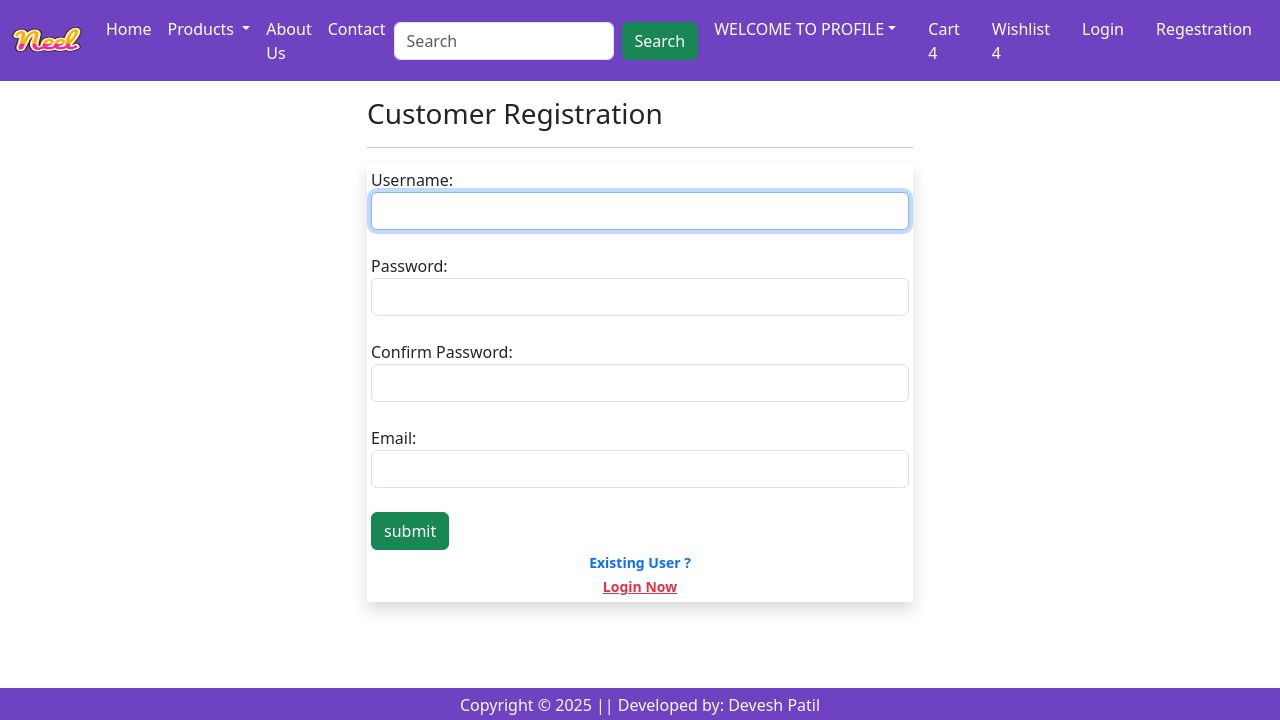
Repository: DeveshPatill/mydjango
Page: http://localhost/registration/
The author's editor kept a copy of each file at every save. The page is drawn from the files as they stood at one save, then again after the next save.
The browser window is 1280 px wide. The pictures show the whole page.
The page is served by the project's application, run on Django 5.2 (ec/manage.py). Other server files are loaded and not shown.

Above is the page before, as saved 2025-03-23 23:22:53.

### ec/app/templates/app/customerregistration.html
{% extends 'app/base.html' %}
{% load static %}
{% block title %}Customer Registration{% endblock title %}



{% block main-content %}
<div class="container">
    <div class="row my-3">
        <div class="col-sm-6 offset-sm-3">
            <h3>Customer Registration</h3>
            <hr>
            <form action="" method="post" novalidate class="shadow p-1">{% csrf_token %}
               {% for fm in form %}
               {{fm.label_tag}} {{fm}} <small class="text-danger">{{fm.erros | striptags}}</small>
               <br>
               {% endfor %}
               <input type="submit" value="submit" class="btn btn-success"><br>
               <div class="text-center text-primary fw-bold">
                <small>Existing User ? <br><a href="#" class="text-danger">Login Now</a></small>

               </div>
            </form>
        </div>
    </div>
</div>

{% endblock main-content %}

### ec/app/templates/app/base.html
<!DOCTYPE html>
{% load static %}
<html lang="en">
<head>
    <meta charset="UTF-8">
    <meta http-equiv="X-UA-Compatible" content="IE=edge">
    <meta name="viewport" content="width=device-width, initial-scale=1.0">

    <link href="https://cdn.jsdelivr.net/npm/bootstrap@5.3.3/dist/css/bootstrap.min.css" rel="stylesheet" integrity="sha384-QWTKZyjpPEjISv5WaRU9OFeRpok6YctnYmDr5pNlyT2bRjXh0JMhjY6hW+ALEwIH" crossorigin="anonymous">

    <link rel="stylesheet" href="{% static 'app/css/owl.carousel.min.css' %}" />
    <link rel="stylesheet" href="{% static 'app/css/all.min.css' %}" />
    <link rel="stylesheet" href="{% static 'app/css/style.css' %}" />

    <title> Dairy Products | {% block title %} {% endblock title %} </title>
</head>
<body>
    <nav class="navbar navbar-expand-lg navbar-dark" style="background-color: #6f42c1;">
        <div class="container-fluid">
          <a class="navbar-brand" href="/">
            <img src="{% static 'app/images/product/Neel.png' %}" width="70px" height="55px" />
          </a>
          <button class="navbar-toggler" type="button" data-bs-toggle="collapse" data-bs-target="#navbarSupportedContent" aria-controls="navbarSupportedContent" aria-expanded="false" aria-label="Toggle navigation">
            <span class="navbar-toggler-icon"></span>
          </button>
          <div class="collapse navbar-collapse" id="navbarSupportedContent">
            <ul class="navbar-nav me-auto mb-2 mb-lg-0">
              <li class="nav-item">
                <a class="nav-link active" aria-current="page" href="/">Home</a>
              </li>
              <li class="nav-item dropdown">
                <a class="nav-link dropdown-toggle text-white" href="#" role="button" data-bs-toggle="dropdown" aria-expanded="false">
                  Products
                </a>
                <ul class="dropdown-menu">
                  <li><a class="dropdown-item" href="{% url 'category' 'ML' %}">Milk</a></li>
                  <li><a class="dropdown-item" href="{% url 'category' 'CR' %}">Curd</a></li>
                  <li><a class="dropdown-item" href="{% url 'category' 'MS' %}">MilkShake</a></li>
                  <li><a class="dropdown-item" href="{% url 'category' 'LS' %}">Lassi</a></li>
                  <li><a class="dropdown-item" href="{% url 'category' 'GH' %}">Ghee</a></li>
                  <li><a class="dropdown-item" href="{% url 'category' 'PN' %}">Paneer</a></li>
                  <li><a class="dropdown-item" href="{% url 'category' 'CZ' %}">Cheese</a></li>
                  <li><a class="dropdown-item" href="{% url 'category' 'IC' %}">Ice-Cream</a></li>

                </ul>
              </li>
              <li class="nav-item">
                <a class="nav-link text-white" href="{% url 'about'  %}">About Us</a>
              </li>
              <li class="nav-item">
                <a class="nav-link text-white" href="{% url 'contact'  %}">Contact</a>
              </li>

            </ul>
            <form class="d-flex" role="search">
              <input class="form-control me-2" type="search" placeholder="Search" aria-label="Search">
              <button class="btn btn-success" type="submit">Search</button>
            </form>
          </div>
          <ul class="navbar-nav me-auto mb-2 mb-lg-0">
            <li class="nav-item dropdown mx-2">
                <a class="nav-link dropdown-toggle text-white" href="#" id="profileDropdown" role="button" data-bs-toggle="dropdown" aria-expanded="false">WELCOME TO PROFILE</a>
                <ul class="dropdown-menu" aria-labelledby="profileDropdown">
                    <li><a class="dropdown-item" href="#">Profile</a></li>
                    <li><a class="dropdown-item" href="#">Orders</a></li>
                    <li><a class="dropdown-item" href="#">Change Password</a></li>
                    <li><a class="dropdown-item" href="#">Logout</a></li>
                </ul>
            </li>
            <li class="nav-item mx-2">
                <a href="#" class="nav-link text-white">Cart 4</a>
            </li>
            <li class="nav-item mx-2">
                <a href="#" class="nav-link text-white">Wishlist 4</a>
            </li>
            <li class="nav-item mx-2">
                <a href="#" class="nav-link text-white">Login</a>
            </li>
            <li class="nav-item mx-2">
                <a href="{% url 'customerregistration' %}" class="nav-link text-white">Regestration</a>
            </li>

          </ul>
        </div>
      </nav>
      {% block banner-slider %}{% endblock banner-slider %}

      {% block information %}{% endblock information %}

      {% block main-content %}{% endblock main-content %}

    <footer class="text-center text-light py-3 fixed-bottom" style="background-color: #6f42c1; height: 5px; line-height: 2px;">
        Copyright © 2025 || Developed by: Devesh Patil
    </footer>






    <script src="https://cdn.jsdelivr.net/npm/@popperjs/core@2.11.8/dist/umd/popper.min.js" integrity="sha384-I7E8VVD/ismYTF4hNIPjVp/Zjvgyol6VFvRkX/vR+Vc4jQkC+hVqc2pM8ODewa9r" crossorigin="anonymous"></script>
    <script src="https://cdn.jsdelivr.net/npm/bootstrap@5.3.3/dist/js/bootstrap.min.js" integrity="sha384-0pUGZvbkm6XF6gxjEnlmuGrJXVbNuzT9qBBavbLwCsOGabYfZo0T0to5eqruptLy" crossorigin="anonymous"></script>

    <script src=https://cdnjs.cloudflare.com/ajax/libs/jquery/3.7.1/jquery.min.js></script>


    <script script="{% static 'app/js/owl.carousel.min.js' %}"></script>
    <script script="{% static 'app/js/all.min.js' %}"></script>
    <script script="{% static 'app/js/myscript.js' %}"></script>

</body>
</html>

### ec/app/forms.py
from django import forms
from django.contrib.auth.forms import UserCreationForm


class CustomerRegistrationForm(UserCreationForm):
    username=forms.CharField(widget=forms.TextInput(attrs={'autofocus':True,'class':"form-control"}))
    email=forms.CharField(widget=forms.EmailInput(attrs={'class':'form-control'}))
    password1=forms.CharField(label='Password',widget=forms.PasswordInput(attrs={'class':'form-control'}))
    password2=forms.CharField(label='Confirm Password',widget=forms.PasswordInput(attrs={'class':'form-control'}))

### ec/app/views.py
from django.shortcuts import render
from django.http import HttpResponse
from django.views import View
from urllib import request
from . models import Product
from django.db.models import Count
from . forms import CustomerRegistrationForm

# Create your views here.
def home(request):
    return render(request,"app/home.html")

def about(request):
    return render(request,"app/about.html")

def contact(request):
    return render(request,"app/contact.html")


class CategoryView(View):
    def get(self,request,val):
        product = Product.objects.filter(category=val)
        title=Product.objects.filter(category=val).values('title')
        return render(request,"app/category.html",locals())

class CategoryTitle(View):
    def get(self,request,val):
        product = Product.objects.filter(title=val)
        title = Product.objects.filter(category=product[0].category).values('title')
        return render(request,"app/category.html",locals())


class ProductDetail(View):
    def get(self,request,pk):
        product = Product.objects.get(pk=pk)
        return render(request,"app/productdetail.html",locals())


class CustomerRegistrationView(View):
    def get(self,request):
        form = CustomerRegistrationForm()
        return render(request,'app/customerregistration.html',locals())

### ec/ec/urls.py
"""
URL configuration for ec project.

The `urlpatterns` list routes URLs to views. For more information please see:
    https://docs.djangoproject.com/en/5.1/topics/http/urls/
Examples:
Function views
    1. Add an import:  from my_app import views
    2. Add a URL to urlpatterns:  path('', views.home, name='home')
Class-based views
    1. Add an import:  from other_app.views import Home
    2. Add a URL to urlpatterns:  path('', Home.as_view(), name='home')
Including another URLconf
    1. Import the include() function: from django.urls import include, path
    2. Add a URL to urlpatterns:  path('blog/', include('blog.urls'))
"""

from django.contrib import admin
from django.urls import path,include

urlpatterns = [
    path("admin/", admin.site.urls),
    path("", include("app.urls")),

]

### ec/app/urls.py
from django.urls import path
from .import views
from django.conf import settings
from django.conf.urls.static import static

urlpatterns = [
    path("",views.home),
    path("about/",views.about,name="about"),
    path("contact/",views.contact,name="contact"),
    path("category/<slug:val>",views.CategoryView.as_view(),name="category"),
    path("category-title/<val>",views.CategoryTitle.as_view(),name='category-title'),
    path("product-detail/<int:pk>",views.ProductDetail.as_view(),name="product-detail"),

    #login authentication
    path('registration/',views.CustomerRegistrationView.as_view(),name='customerregistration')
]+static(settings.MEDIA_URL,document_root=settings.MEDIA_ROOT)

### ec/app/static/app/css/style.css
.owl-carousel .item{
 /* border: 1px solid black; */
 font-size: 24px;
 text-align: center;
 margin-top: 20px;
 transition: transform .5s ease;
}

 .owl-carousel .item:hover{
    /* border: 1px solid black; */
    transform : scale(1.1);
}

/* .owl-carousel img{
    transition: transform .5s ease;
  }
 .owl-carousel img:hover{

    transform : scale(1.25);
} */

.owl-next{
 float:right;
}
.owl-prev{
 float:left;
}
.owl-prev span{
 font-size: 24px;
 font-weight: bold;
}
.owl-next span{
 font-size: 24px;
 font-weight: bold;
}




.buttermilk{
    background-color:#fff;background-image:linear-gradient(#fff7ef, #fff);
    background-image:-webkit-linear-gradient(#fff7ef, #fff);
    background-image:-moz-linear-gradient(#fff7ef, #fff);
    background-image:-ms-linear-gradient(#fff7ef, #fff);
    background-image:-o-linear-gradient(#fff7ef, #fff);
    padding:50px 40px;
    border:1px solid #efe8e1;
    padding-bottom:20px;
}

.smbg{
    background-color:#fff;
    background-image:linear-gradient(rgba(110, 69, 143, 0.1), #fff);
    background-image:-webkit-linear-gradient(rgba(110, 69, 143, 0.1), #fff);
    background-image:-moz-linear-gradient(rgba(110, 69, 143, 0.1), #fff);
    background-image:-ms-linear-gradient(rgba(110, 69, 143, 0.1), #fff);
    background-image:-o-linear-gradient(rgba(110, 69, 143, 0.1), #fff);
}

.curdbgpro{
    background-color:#fff;
    background-image:linear-gradient(rgba(10, 77, 123, 0.1), #fff);
    background-image:-webkit-linear-gradient(rgba(10, 77, 123, 0.1), #fff);
    background-image:-moz-linear-gradient(rgba(10, 77, 123, 0.1), #fff);
    background-image:-ms-linear-gradient(rgba(10, 77, 123, 0.1), #fff);
    background-image:-o-linear-gradient(rgba(10, 77, 123, 0.1), #fff);
}

.goodnessseccont img{
    width:100%;
}

.mlkpro{
    color:#636362;
    font-size:22px;
    line-height:22px;
    margin-bottom:15px;
    width:43%;
    margin:0 auto;
    text-align:center;

}

.goodnesssec a{
    text-decoration: none;
}


/*
body {
    padding-bottom: 80px; /* Adjust this value based on footer height
}*/

Loaded but not shown: ec/app/static/app/css/owl.carousel.min.css (library); ec/app/static/app/css/all.min.css (library)

After the next save:
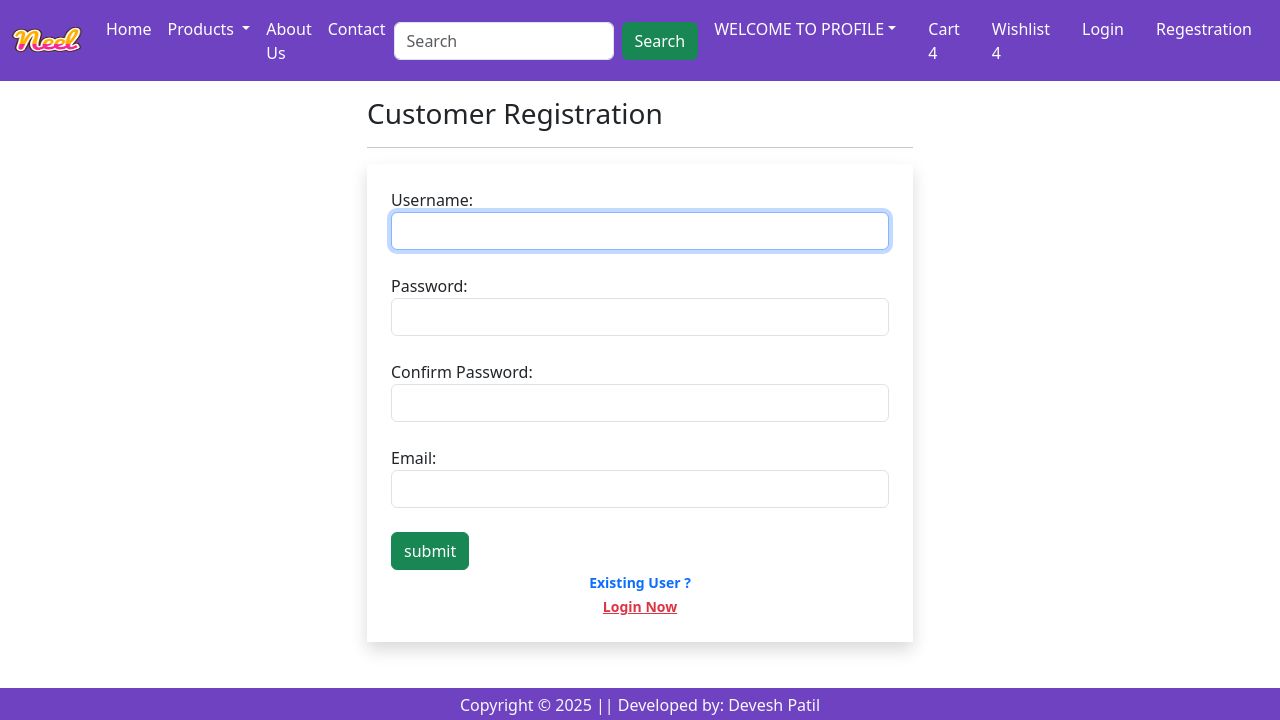
Saved 16 s later.
--- a/ec/app/templates/app/customerregistration.html
+++ b/ec/app/templates/app/customerregistration.html
@@ -10,7 +10,7 @@
         <div class="col-sm-6 offset-sm-3">
             <h3>Customer Registration</h3>
             <hr>
-            <form action="" method="post" novalidate class="shadow p-1">{% csrf_token %}
+            <form action="" method="post" novalidate class="shadow p-4">{% csrf_token %}
                {% for fm in form %}
                {{fm.label_tag}} {{fm}} <small class="text-danger">{{fm.erros | striptags}}</small>
                <br>
